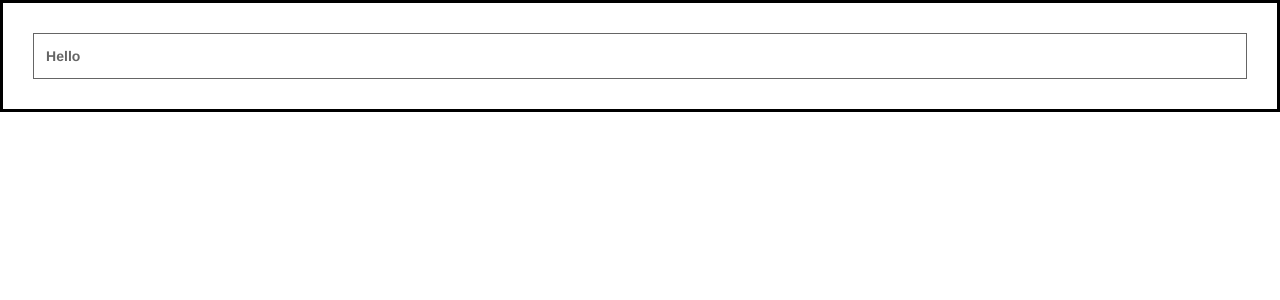
Repository: AravindMarshall/ShoppingCart
Page: http://localhost/Phineas/tester.jsp
The author's editor kept a copy of each file at every save. The page is drawn from the files as they stood at one save, then again after the next save.
The browser window is 1280 px wide. The pictures show the whole page.
The page is served by Tomcat 9.

Above is the page before, as saved 2016-06-11 07:19:52.

After the next save:
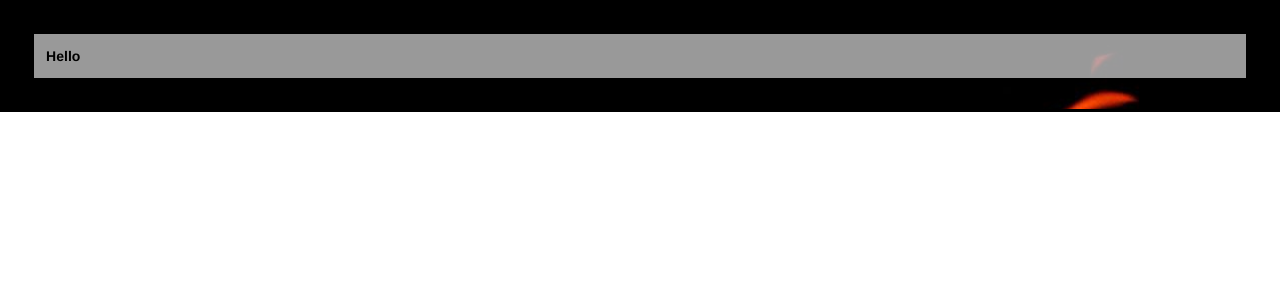
Saved 11 s later.
--- a/NIIT Shopping Cart/Phineas/WebContent/tester.jsp
+++ b/NIIT Shopping Cart/Phineas/WebContent/tester.jsp
@@ -13,7 +13,7 @@
 
 <style>
 div.background {
-     background: url(car 3d.jpg) repeat;
+     background: url("car 3d.jpg") repeat;
      border:  solid black;
 }
 
